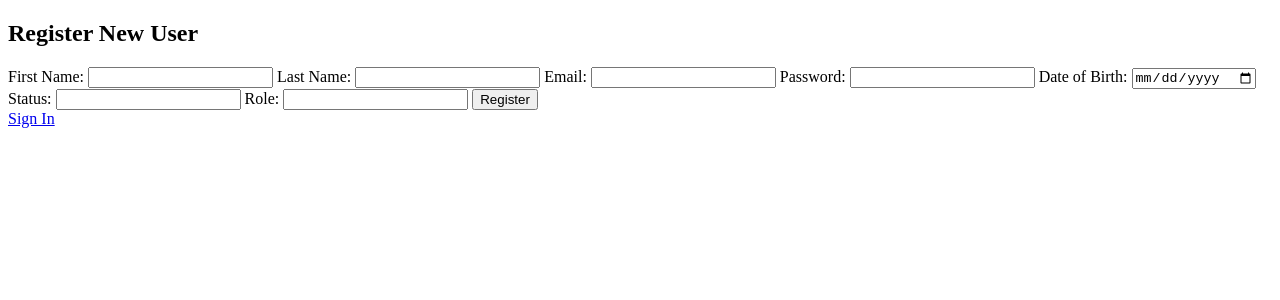
Repository: bhageshchincholi/AdvanceJava
Page: http://localhost/Election/newuser.jsp
The author's editor kept a copy of each file at every save. The page is drawn from the files as they stood at one save, then again after the next save.
The browser window is 1280 px wide. The pictures show the whole page.
The page is served by Tomcat 9. Other server files are loaded and not shown.

Above is the page before, as saved 2024-06-11 09:22:58.

### ElectionJSP/Election/src/main/webapp/newuser.jsp
<%@ page language="java" contentType="text/html; charset=ISO-8859-1"
    pageEncoding="ISO-8859-1"%>
<!DOCTYPE html>
<html>
<head>
<meta charset="ISO-8859-1">
<title>New User</title>
</head>
<body>

	<div class="container">
        <h2>Register New User</h2>
        <form method="post" action="register.jsp">
            <label for="firstName">First Name:</label>
            <input type="text" id="firstName" name="firstName" required />

            <label for="lastName">Last Name:</label>
            <input type="text" id="lastName" name="lastName" required />

            <label for="email">Email:</label>
            <input type="email" id="email" name="email" required />

            <label for="password">Password:</label>
            <input type="password" id="password" name="password" required />

            <label for="dob">Date of Birth:</label>
            <input type="date" id="dob" name="dob" required />

            <label for="status">Status:</label>
            <input type="text" id="status" name="status" required />

            <label for="role">Role:</label>
            <input type="text" id="role" name="role" required />

            <input type="submit" value="Register" />
        </form>
        <a href="index.html">Sign In</a>
    </div>
</body>
</html>

After the next save:
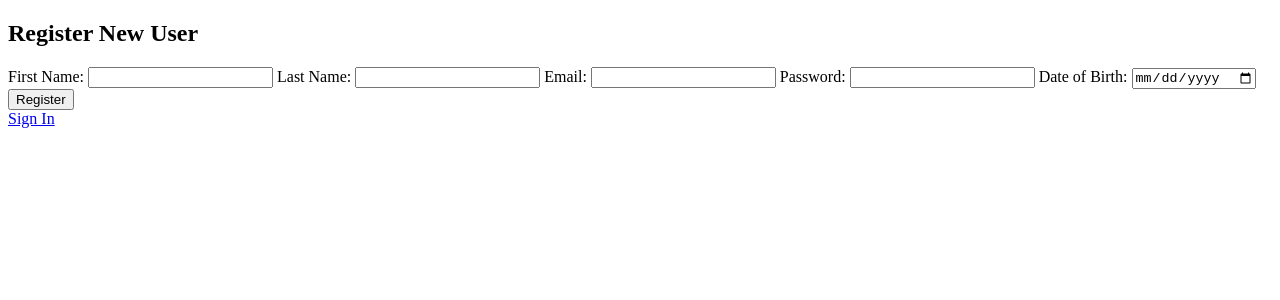
Saved 36 s later.
--- a/ElectionJSP/Election/src/main/webapp/newuser.jsp
+++ b/ElectionJSP/Election/src/main/webapp/newuser.jsp
@@ -26,12 +26,6 @@
             <label for="dob">Date of Birth:</label>
             <input type="date" id="dob" name="dob" required />
 
-            <label for="status">Status:</label>
-            <input type="text" id="status" name="status" required />
-
-            <label for="role">Role:</label>
-            <input type="text" id="role" name="role" required />
-
             <input type="submit" value="Register" />
         </form>
         <a href="index.html">Sign In</a>
